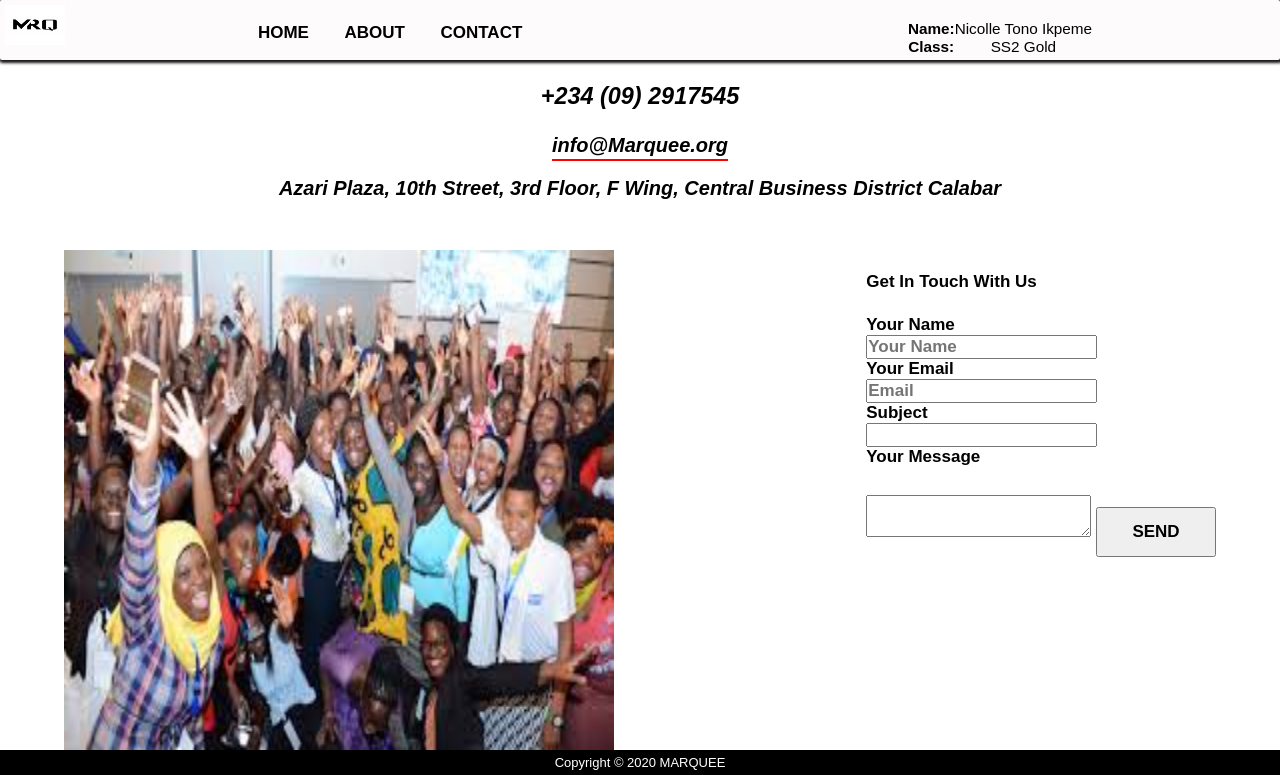
Repository: pboi18/Marquee.org
Page: contact.html
The author's editor kept a copy of each file at every save. The page is drawn from the files as they stood at one save, then again after a run of saves.
The browser window is 1280 px wide. The pictures show the whole page.

Above is the page before, as saved 2020-07-11 21:36:19.

### contact.html
<!DOCTYPE html>
<html>
    <head>
        <meta charset="utf-8">
        <link rel="icon" type="image/png" sizes="16x16" href="img/logo.png">
        <title>Marquee</title>

        <link rel="stylesheet" href="style.css" >
        <link rel="stylesheet" href="normalize.css" >


    </head>

    <body>
            <nav class="main">

                    <div class="navbar2">

                        <img src="img/logo.png" alt="MARQUEE" class="logo">

                        <ul class="main-nav">
                            <li>
                                <a href="home.html">
                                    Home
                                </a>
                            </li>

                            <li>
                                <a href="about.html">
                                    ABOUT
                                </a>
                            </li>

                            <li>
                                <a href="contact.html">
                                    CONTACT
                                </a>
                            </li>

                            <li>
                                <table class="id">
                                    <tr>
                                        <th>Name:</th>
                                        <td> Nicolle Tono Ikpeme</td>
                                    </tr>

                                    <tr>
                                        <th>Class:</th>
                                        <td> SS2 Gold</td>
                                    </tr>

                                </table>
                            </li>

                        </ul>





                </div>

            </nav>

            <div class="con">
                <div class="contact">
                    <address>
                        <h3>+234 (09) 2917545</h3>
                        <a href="info@Marquee.org" style="text-decoration: none; color: black;
                        font-weight: bold; border-bottom: 2px solid red; padding-bottom: 3px;">
                            info@Marquee.org
                        </a><br>
                        <p style="font-weight: bold;">Azari Plaza, 10th Street, 3rd Floor, F Wing, Central Business District Calabar</p>
                    </address>
                </div>


                <div style="height: 500px;">
                    <img src="img/images.jpg" alt="Happy women" class="image span-1-of-2">

                    <form class="form2 span-1-of-2">
                        <h4 >Get In Touch With Us</h4>
                        <label>Your Name </label>
                        <input type="text" name="Name" placeholder="Your Name" required >
                        <label>Your Email</label>
                        <input type="email"  placeholder="Email" required >
                        <label>Subject</label>
                        <input type="text" >
                        <label>Your Message</label>
                        <textarea ></textarea>
                        <!-- <input type="submit" value="SEND" name="send" style="margin-top: 40px;"> -->

                        <button type="submit" style="margin-top: 40px; width: 120px; height: 50px;">SEND</button>

                    </form>

                </div>
            </div>

        <footer>
            <P style="color: white; text-align: center; margin: 0; font-size: small; padding: 5px;">
                Copyright &copy; 2020 MARQUEE
            </P>
        </footer>
    </body>
</html>

### style.css
* {
    margin: o;
    padding: 0;
    box-sizing: border-box;
}

html {
    background-color: #fff;
    max-width: 100%;
    font-size: 20px;
    font-weight: 300;
    font-family: Arial, Helvetica, sans-serif;
    text-rendering: optimizeLegibility;
}



h1 {
    margin: 0;
}

label {
    display: block;
}

/* header {
    background-image: linear-gradient( rgba(0, 0, 0, 0.4), rgba(0, 0, 0, 0.4)), url(img/home.jpg);
    height: 100vh;
    background-size: cover;
    background-position: center;
} */


.logo {
    height: 40px;
    width: 60px;
    float: left;
    margin: 5px;
}

.main-nav {
    list-style: none;
    margin: auto;
    margin-top: 10px;
    text-align: center;


}

.main-nav li {
    display: inline-block;
    margin: 10px 15px;
    font-size: 85%;

}

.main-nav li a:link,
.main-nav li a:visited {
    color: #000;
    text-decoration: none;
    text-transform: uppercase;
    font-weight: bold;
    padding: 3px 0px;
    border-bottom: 3px solid transparent;
    transition: border-bottom 0.2s;
}

.main-nav li a:hover,
.main-nav li a:active {
    border-bottom: 3px solid rgb(158, 0, 0);
}
.id {
    display: inline-table;
    padding: 10px;
    font-size: 90%;
    margin: 0 0 0 350px;

}

.navbar {
    height: 50px;
    width: 100%;
    display: inline-block;
    border-radius: 2px;
    box-shadow: 0px 3px -1px 2px rgb(190, 189, 189);
    position: fixed;
    background-color: rgb(253, 251, 251);
}

.navbar2 {
    height: 60px;
    width: 100%;
    display: inline-block;
    border-radius: 2px;
    box-shadow: 1px 1px 3px 2px rgb(20, 20, 20);
    /* position: fixed; */
    background-color: rgb(253, 251, 251);
}

.numb {
    border: solid 5px rgb(63, 62, 62);
    text-align: center;
    width: 40px;
    height: 30px;
    align-self: center;
    border-radius: 50%;
    margin: auto;
    background-color: rgb(63, 62, 62);
    color: white;
}
.wup {
    padding-top: 10px;

    background: linear-gradient(180deg, #DF2828 5.21%, rgba(223, 40, 40, 0.427083) 55.73%, rgba(223, 40, 40, 0.427083) 64.06%, rgba(223, 40, 40, 0.427083) 73.44%, rgba(222, 17, 17, 0.427083) 100%, rgba(170, 77, 77, 0) 100%);
}

.cover {
    border-radius: 5px;
    margin: auto;
}

.sec {
    background-color: black;
    height: 250px;
    width: 100%;
    text-align: center;
}



main {
    /* width: 1000px; */
    margin: auto;
}

.con {
    width: 90%;
    margin: auto;
    ;

}
.contact {
    text-align: center;
    margin: auto;
    margin-bottom: 50px;
}
.image {
    width: 550px;
    height: 500px;
    float: left;
}

.form2 {
    float: right;
    text-align: left;
    font-size: 85%;
    font-weight: bold;
}

footer {
    background-color: #000;
}

Loaded but not shown: normalize.css (library)

After the next 2 saves:
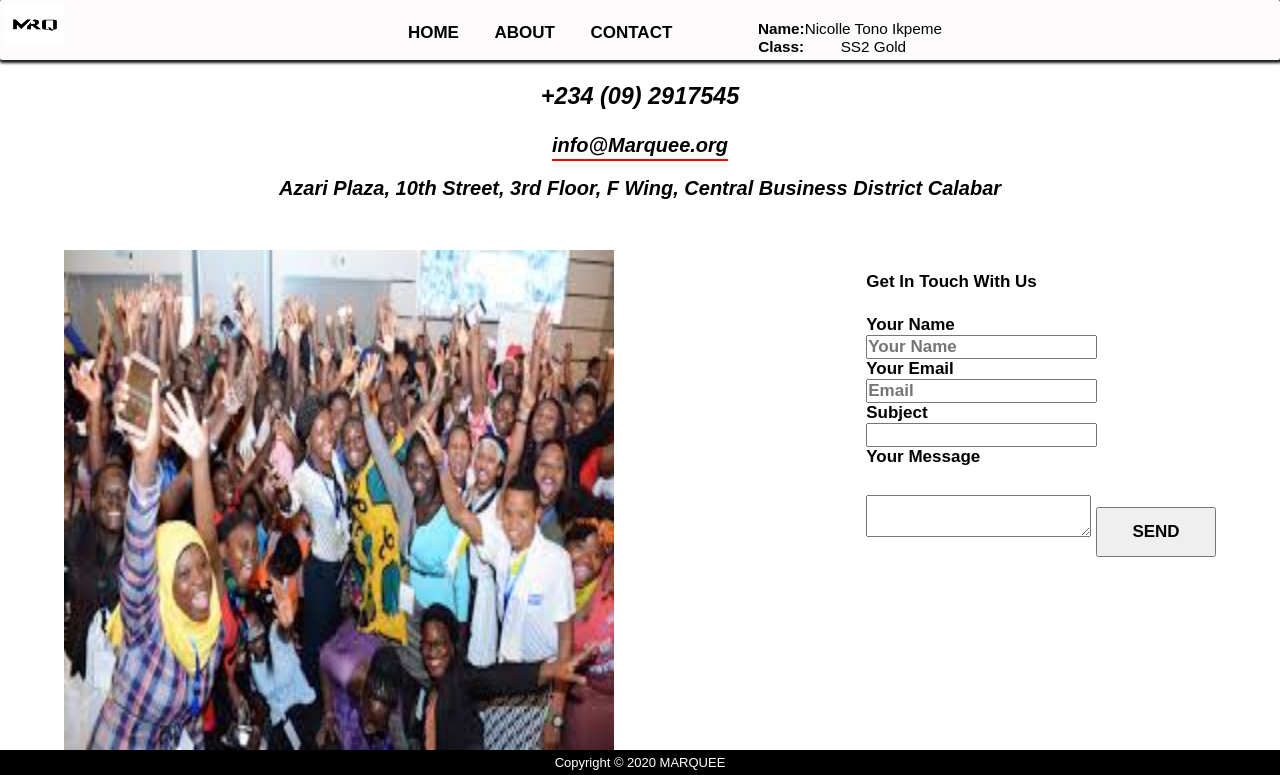
The 2 saves are shown as one change because they came seconds apart.
The last was saved 8 s later.
--- a/style.css
+++ b/style.css
@@ -73,7 +73,7 @@ label {
     display: inline-table;
     padding: 10px;
     font-size: 90%;
-    margin: 0 0 0 350px;
+    margin: 0 0 0 50px;
 
 }
 
